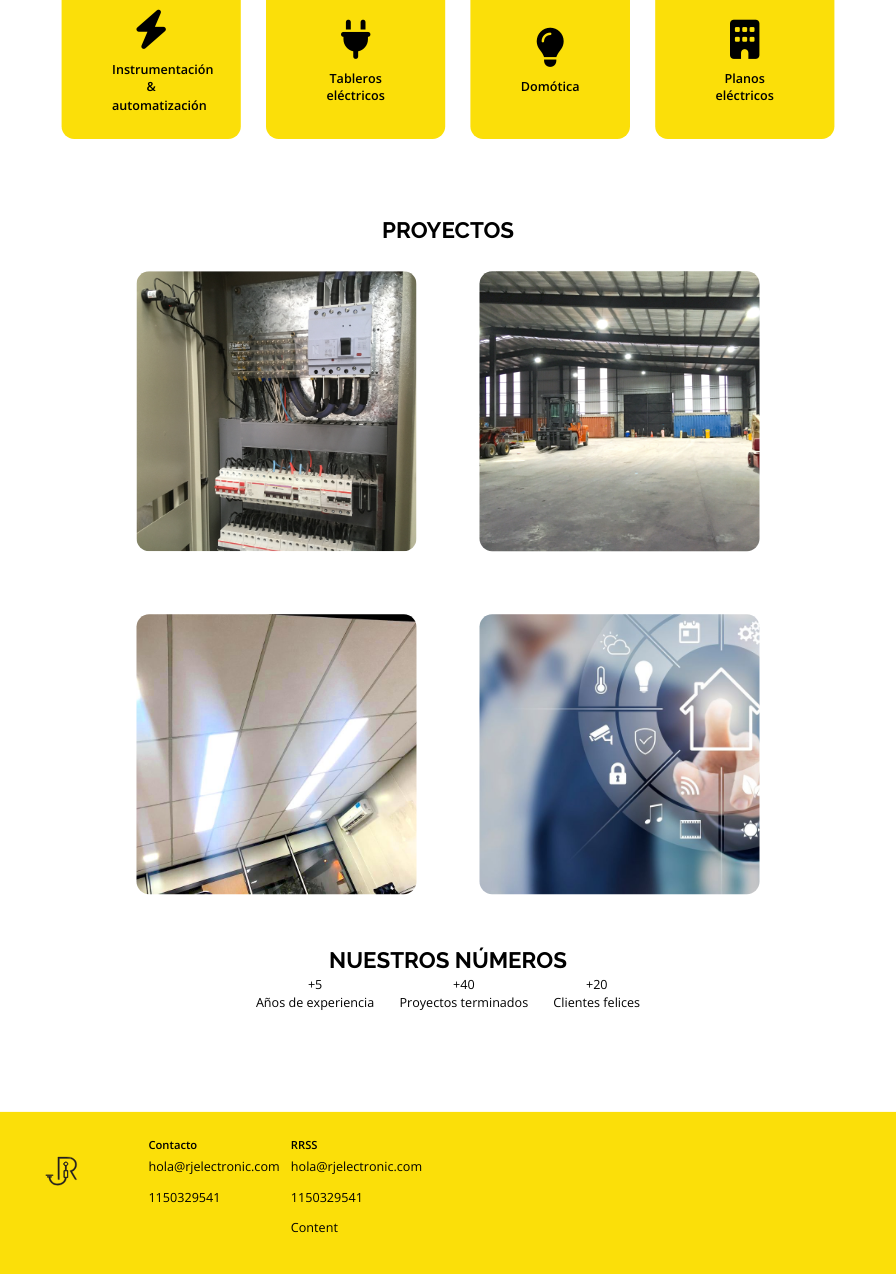
Repository: jeraldinnemg/rjelectronics
Page: index.html
The author's editor kept a copy of each file at every save. The page is drawn from the files as they stood at one save, then again after the next save.
The browser window is 1280 px wide. The pictures show the part of the page from y = 839 to 2759 px (the page is 2659 px tall before and 2759 px after), at 70% of full size.
Some web libraries are served in a nearby version.

Above is the page before, as saved 2022-07-27 20:37:16.

After the next save:
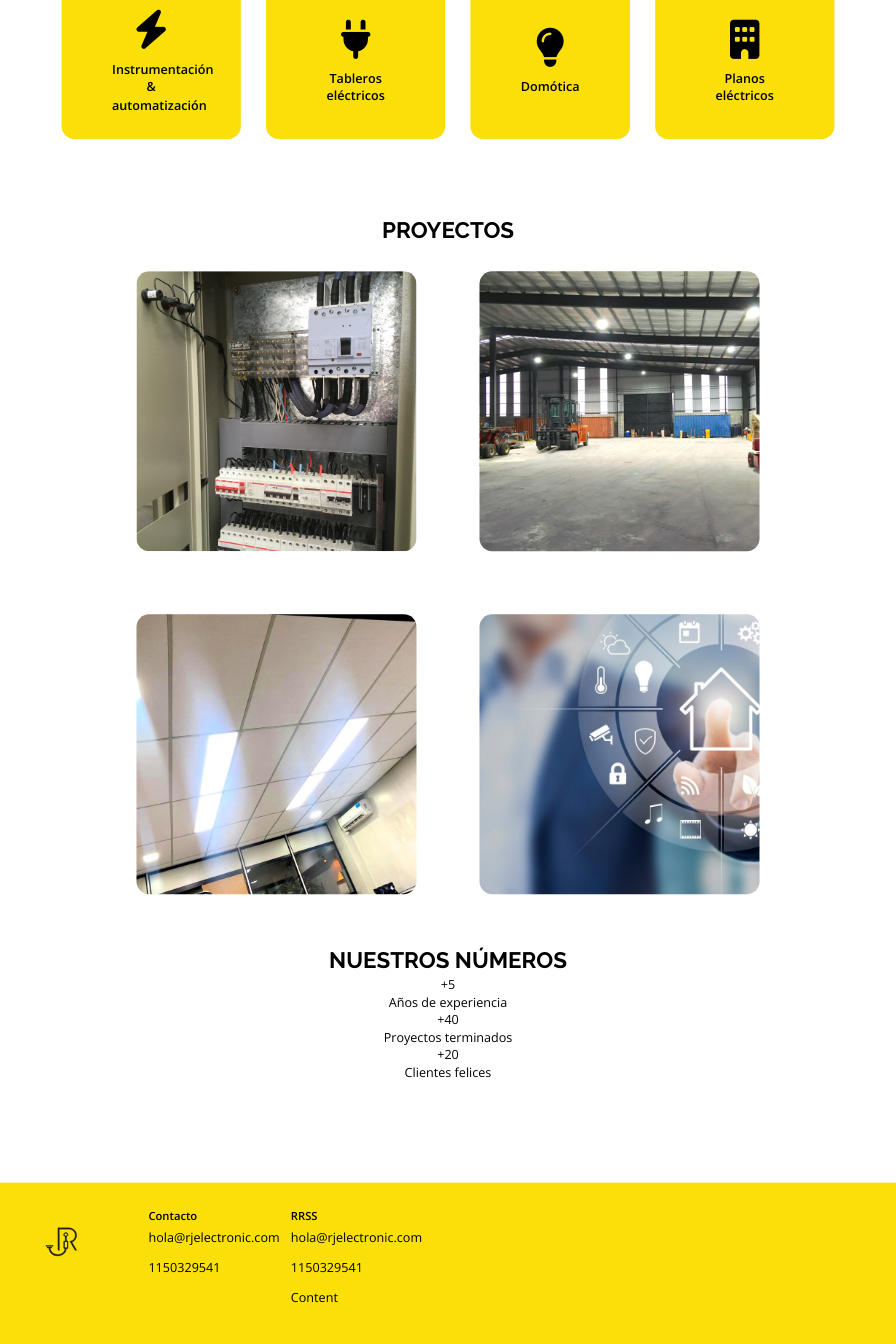
Saved 12 s later.
--- a/index.html
+++ b/index.html
@@ -135,7 +135,7 @@
         </section>
         <section class="statics">
             <h2 class="ff-serif fs-600 uppercase">Nuestros números</h2>
-            <div class="container flex">
+            <div >
             <div>
                 <span>+5</span>
                 <p>Años de experiencia</p>
